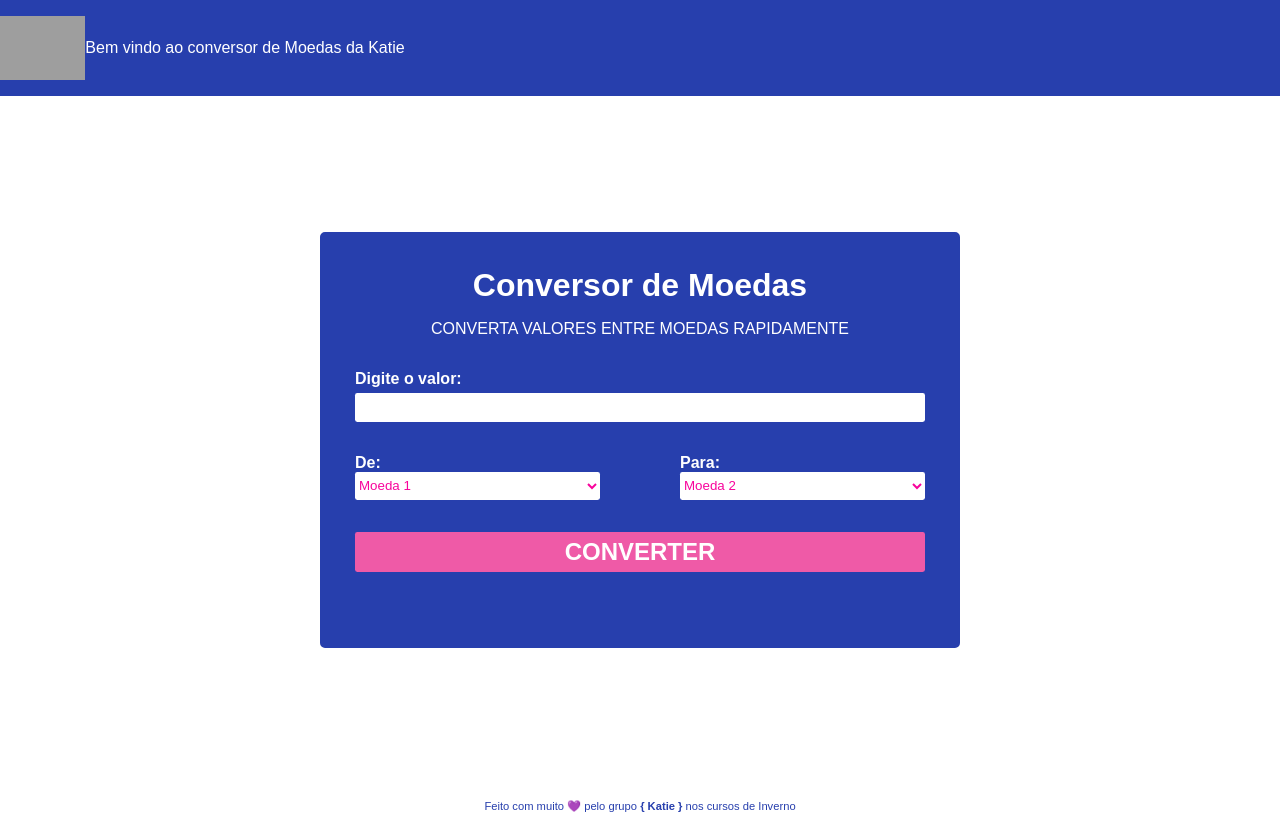
Repository: willamesalmeida/Conversor-de-Moedas
Page: index.html
The author's editor kept a copy of each file at every save. The page is drawn from the files as they stood at one save, then again after the next save.
The browser window is 1280 px wide. The pictures show the whole page.
Pictures or frames that could not be fetched are drawn as grey boxes.

Above is the page before, as saved 2022-08-07 14:14:23.

After the next save:
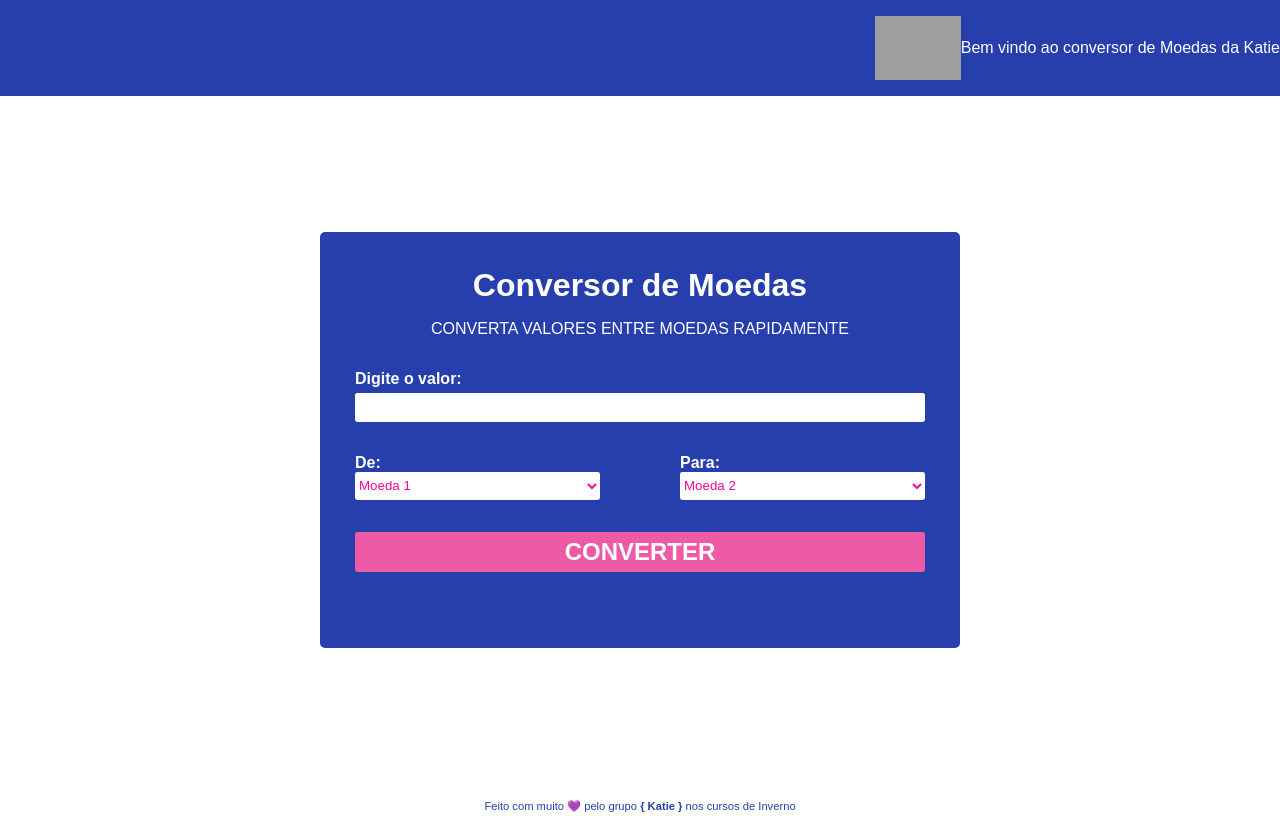
Saved 16 s later.
--- a/styles.css
+++ b/styles.css
@@ -9,7 +9,7 @@
 .cabecalho{
   display: flex;
   align-items: center;
-  justify-content: first baseline;
+  justify-content:end;
 }
 
 .saudacao {

After the 2 saves that followed:
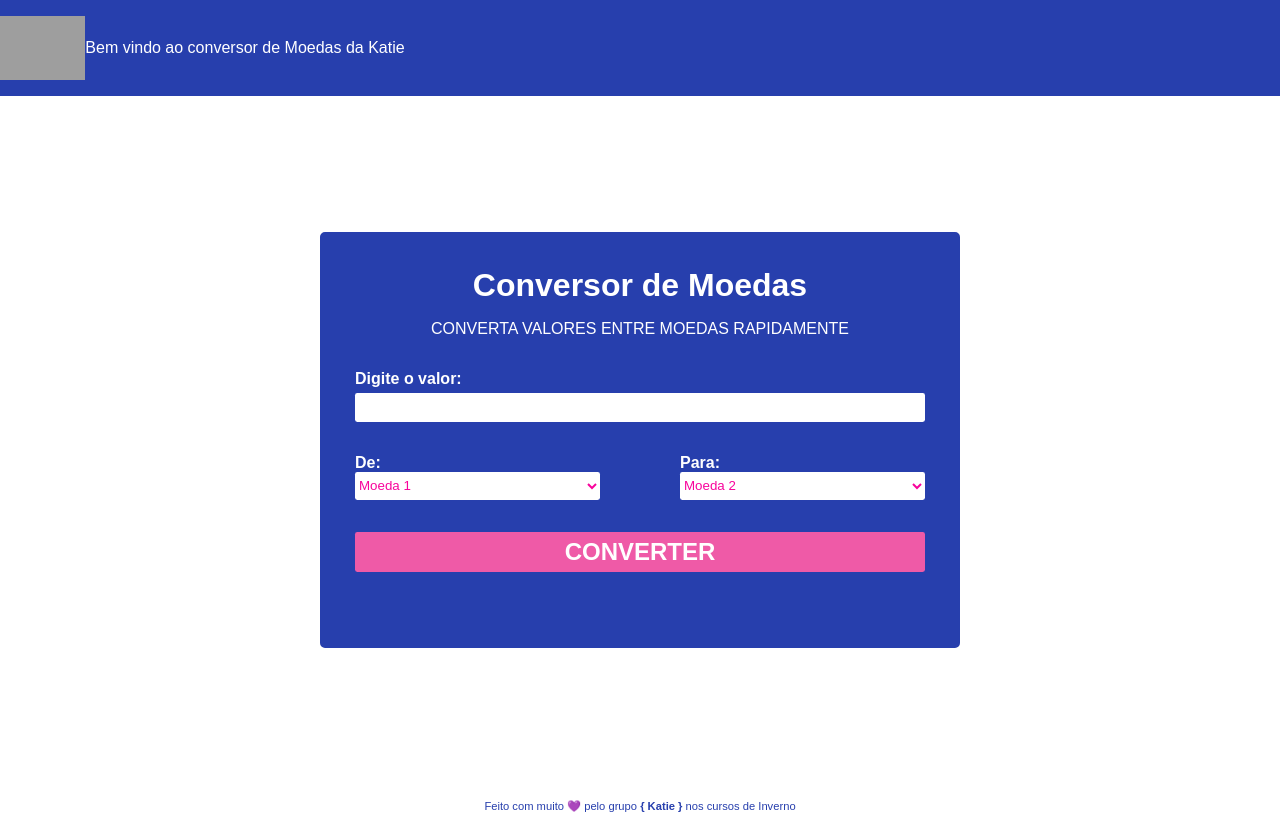
The 2 saves are shown as one change because they came seconds apart.
The last was saved 8 s later.
--- a/styles.css
+++ b/styles.css
@@ -9,7 +9,7 @@
 .cabecalho{
   display: flex;
   align-items: center;
-  justify-content:end;
+  justify-content:flex-start;
 }
 
 .saudacao {
